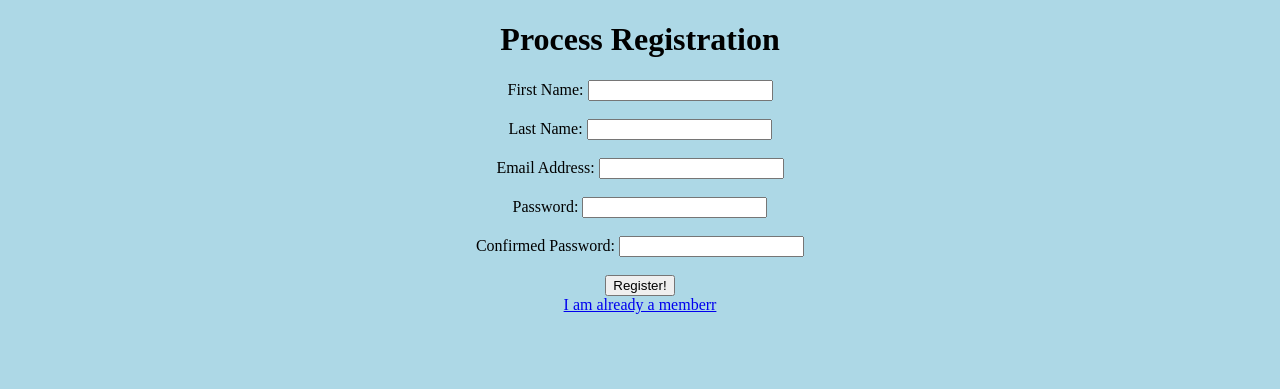
Repository: jedeyejed00/TheGameShaq
Page: http://localhost/ClassWork/ClassAssignment/process_register.php
The author's editor kept a record of every edit. The page is drawn from the files as they stood at one moment, then again after the next edit.
The browser window is 1280 px wide. The pictures show the whole page.
The page is run by PHP 8.4 with error messages shown; the project is at /var/www/html/.

Above is the page before.

After the next edit:
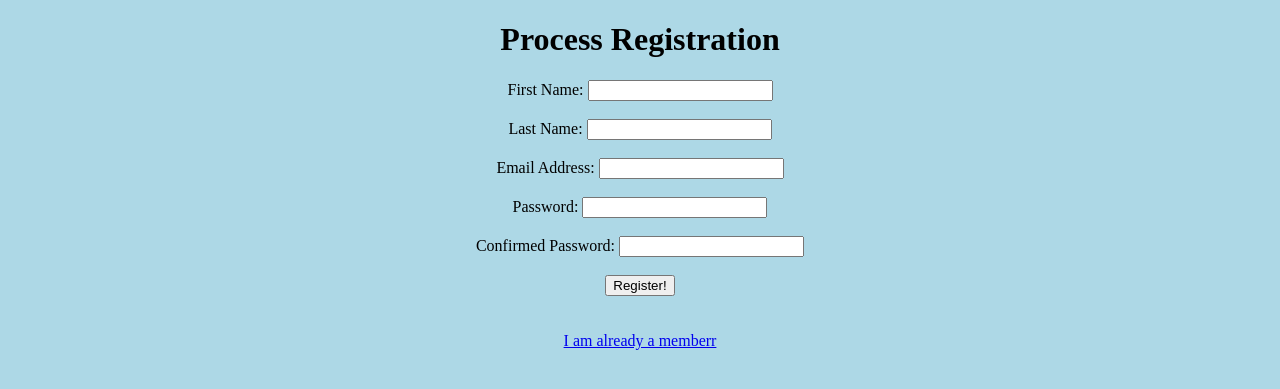
The edit:
--- a/ClassWork/ClassAssignment/process_register.php
+++ b/ClassWork/ClassAssignment/process_register.php
@@ -26,7 +26,7 @@
                     <label for ="confpassword">Confirmed Password:</label>
                     <input type ="password"= name = "confpassword" id ="confpassword" ><br> <br>
 
-                    <button> Register!</button> <br>
+                    <button> Register!</button> <br><br><br>
 
                     <a href = login.php>I am already a memberr</a>
 
